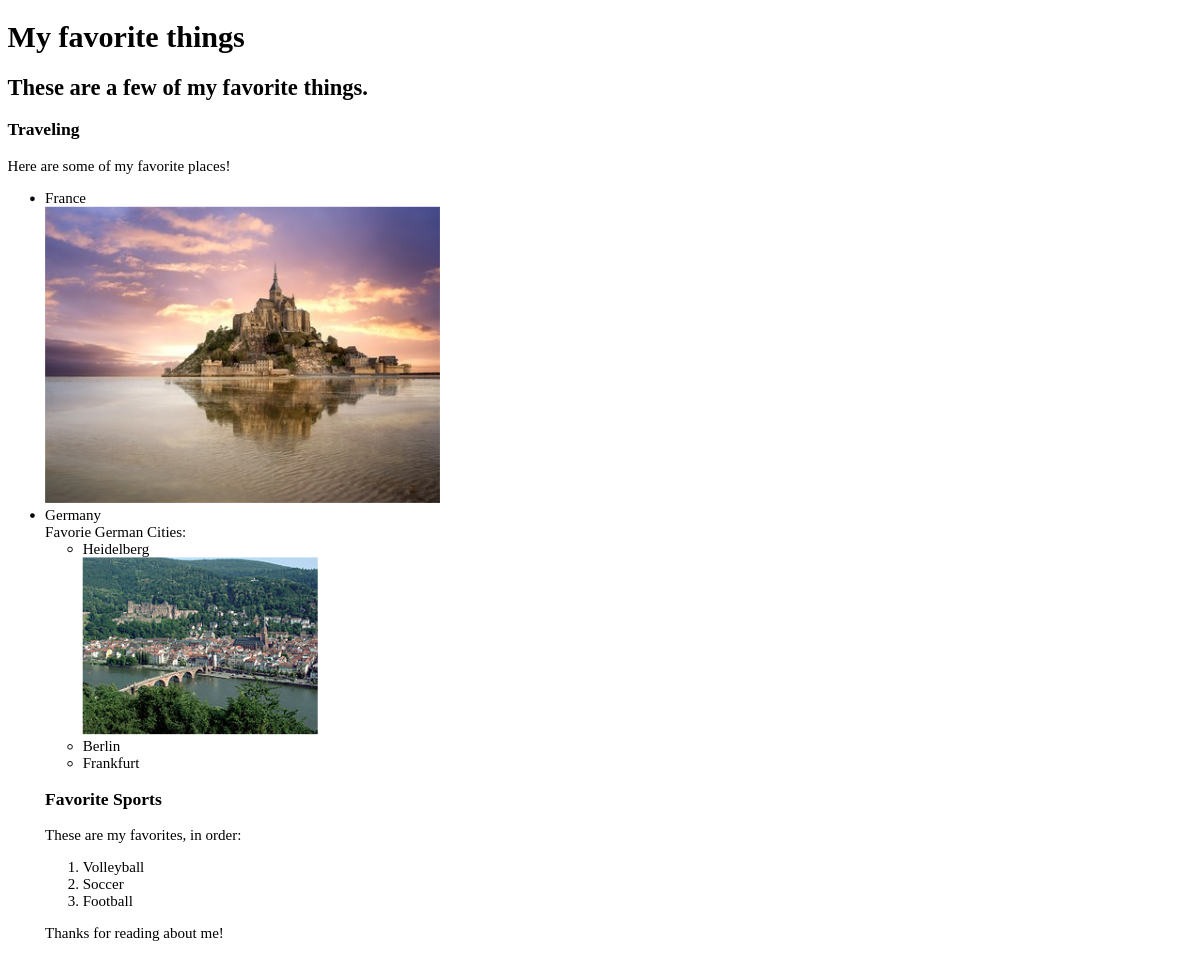
Repository: fieldceleste/my-first-webpage
Page: favorite-things.html
An editor plug-in stored every save of this project. The page is shown before and after the next save, followed by the edit.
The browser window is 1280 px wide. The pictures show the whole page, at 94% of full size.

Above is the page before, as saved 2019-10-23 19:14:47.

### favorite-things.html
<!DOCTYPE html>
<html>
  <head>
   <title>Celeste's Favorite things</title>
  </head>
  <body>
    <h1>My favorite things</h1>
    <h2>These are a few of my favorite things.</h2>

    <h3>Traveling</h3>
    <p>Here are some of my favorite places!</p>
      <ul>
        <li>France</li> <img src="img/france.jpeg" alt="photo of michel">
        <li>Germany</li>
        <l1>Favorie German Cities:</l1>
      <ul>
           <li>Heidelberg</li><img src="img/heid.jpeg" alt="photo of heidelberg">
           <li>Berlin</li>
           <li>Frankfurt</li>
    </ul>

    <h3>Favorite Sports</h3>
    <p>These are my favorites, in order:</p>
    <ol>
      <li>Volleyball</li>
      <li>Soccer</li>
      <li>Football</li>
    </ol>
    <p>Thanks for reading about me!</p>
  </body>
</html>

After the next save:
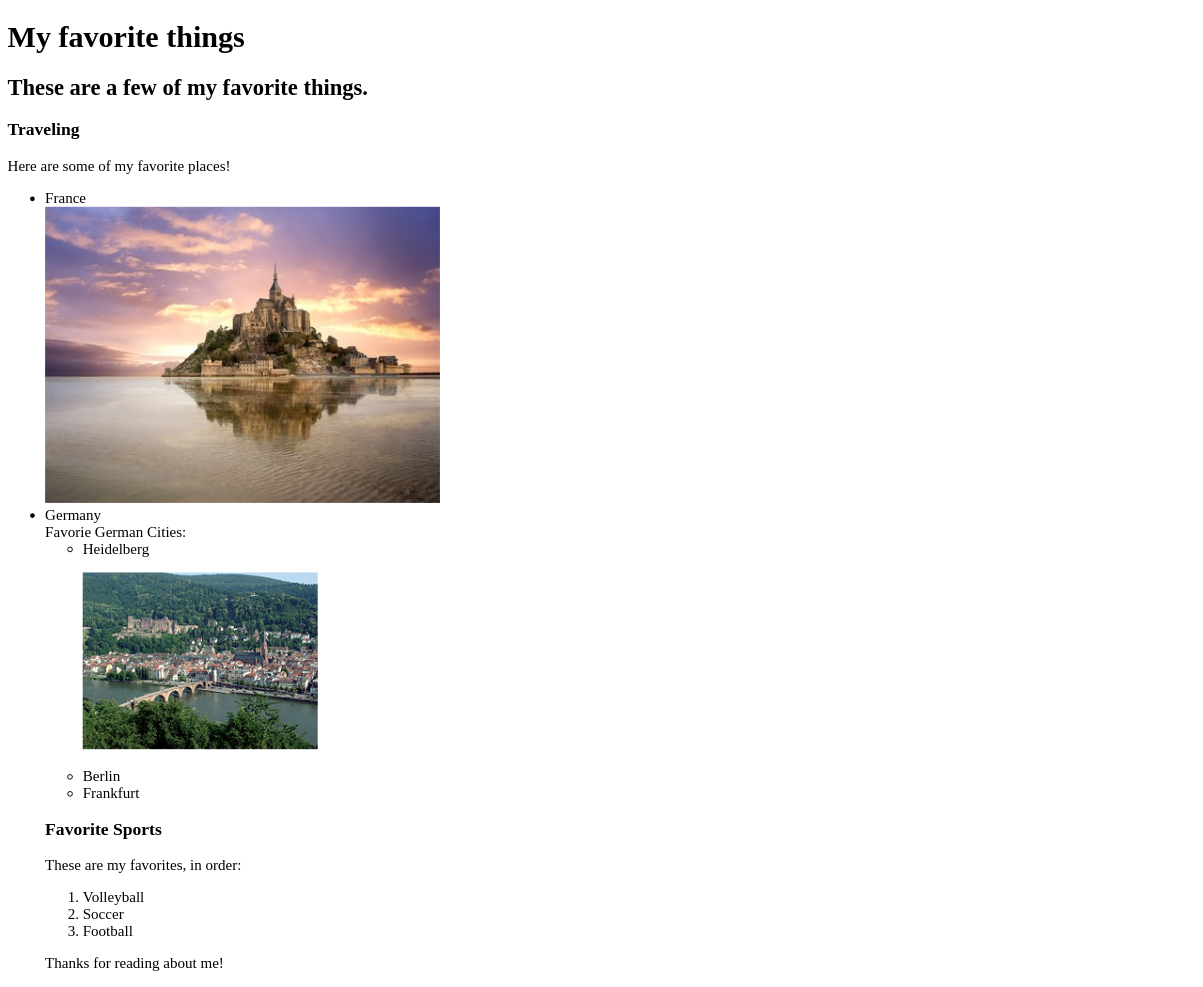
Saved 47 s later.
--- a/favorite-things.html
+++ b/favorite-things.html
@@ -14,7 +14,7 @@
         <li>Germany</li>
         <l1>Favorie German Cities:</l1>
       <ul>
-           <li>Heidelberg</li><img src="img/heid.jpeg" alt="photo of heidelberg">
+           <li>Heidelberg</li><p><img src="img/heid.jpeg" alt="photo of heidelberg"></p>
            <li>Berlin</li>
            <li>Frankfurt</li>
     </ul>
